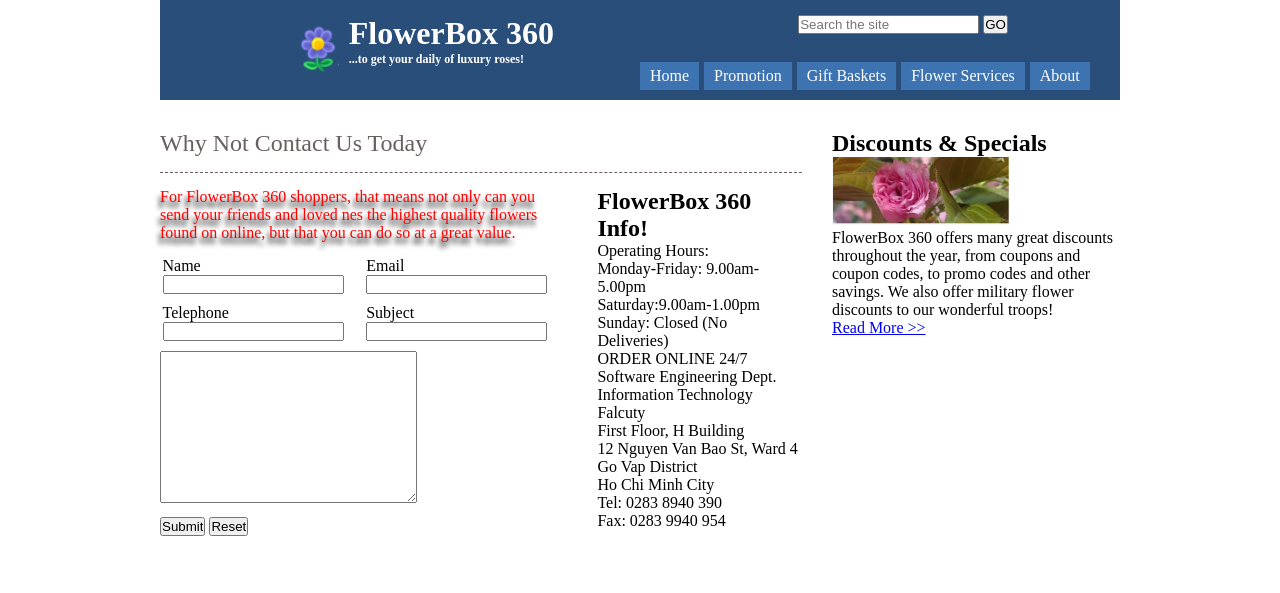
Repository: hoangnguyen1903/STT_21084321_NguyenHuyHoang_DHKHMT17B_Tuan4_DeThamKhao3
Page: html/demo.html
These files come from the project's save history. The page is drawn as it stood at one moment and after the next save; the edit follows.
The browser window is 1280 px wide. The pictures show the whole page.

Above is the page before, as saved 2023-03-09 15:00:02.

### html/demo.html
<!DOCTYPE html>
<html lang="en">
  <head>
    <meta charset="UTF-8" />
    <meta http-equiv="X-UA-Compatible" content="IE=edge" />
    <meta name="viewport" content="width=device-width, initial-scale=1.0" />
    <title>Demo 3</title>
    <style>
      * {
        padding: 0;
        box-sizing: border-box;
        margin: 0 auto;
      }

      .wrapper {
        width: 960px;
        height: 100%;
      }

      .header {
        width: 960px;
        height: 100px;
        background-color: #294e79;
        color: #fff;
        display: flex;
        position: relative;
      }

      .header > .header__left {
        display: flex;
        padding: 15px 20px;
      }

      .header > .header__left > img {
        padding-right: 10px;
      }

      .header > .header__left > div > h2 {
        font-size: 12px;
      }

      .header > .header__right {
        padding-top: 15px;
      }

      .header > .header__bottom {
        position: absolute;
        bottom: 10px;
        left: 50%;
        display: flex;
      }

      .header > .header__bottom > li {
        list-style: none;
        margin-right: 5px;
        background-color: #3d73b1;
        padding: 5px 10px;
      }

      .header > .header__bottom > li:hover {
        background-color: #fff;
      }

      .header > .header__bottom > li:hover > a {
        color: #000;
      }

      .header > .header__bottom > li > a {
        text-decoration: none;
        color: white;
      }

      .content {
        width: 960px;
        display: flex;
        margin-top: 30px;
      }

      .content > .content__left {
        width: calc(70% - 30px);
        margin-right: 30px;
      }

      .content > .content__left > .content__left-top {
        color: #685f5f;
        font-weight: 500;
        padding-bottom: 15px;
        border-bottom: 1px dashed #685f5f;
        margin-bottom: 15px;
      }

      .content > .content__left > .content__left-bottom {
        display: flex;
      }

      .content > .content__left > .content__left-bottom > .content__left-form {
        width: calc(70% - 30px);
        margin-right: 30px;
      }

      .content
        > .content__left
        > .content__left-bottom
        > .content__left-form
        > p {
        color: red;
        text-shadow: -2px 6px 5px #000;
        margin-bottom: 15px;
      }

      .content
        > .content__left
        > .content__left-bottom
        > .content__left-form
        > form {
        display: flex;
        flex-wrap: wrap;
      }

      .content
        > .content__left
        > .content__left-bottom
        > .content__left-form
        > form
        > div {
        width: calc(50% - 5px);
        margin-bottom: 10px;
      }

      .content
        > .content__left
        > .content__left-bottom
        > .content__left-form
        > form
        > div:nth-child(5) {
        width: 100%;
        margin-bottom: 10px;
      }

      .content
        > .content__left
        > .content__left-bottom
        > .content__left-form
        > form
        > div:nth-child(6) {
        width: 100%;
        margin-bottom: 10px;
      }

      .content > .content__right {
        width: 30%;
      }
    </style>
  </head>
  <body>
    <div class="wrapper">
      <div class="header">
        <div class="header__left">
          <img src="../img/AnhLogo.PNG" alt="Logo" class="logo" />
          <div>
            <h1>FlowerBox 360</h1>
            <h2>...to get your daily of luxury roses!</h2>
          </div>
        </div>
        <ul class="header__bottom">
          <li><a href="#">Home</a></li>
          <li><a href="#">Promotion</a></li>
          <li><a href="#">Gift Baskets</a></li>
          <li><a href="#">Flower Services</a></li>
          <li><a href="#">About</a></li>
        </ul>
        <div class="header__right">
          <input
            type="text"
            name="txt"
            id="txt"
            placeholder="Search the site"
          />
          <input type="button" value="GO" />
        </div>
      </div>
      <div class="content">
        <div class="content__left">
          <h2 class="content__left-top">Why Not Contact Us Today</h2>
          <div class="content__left-bottom">
            <div class="content__left-form">
              <p>
                For FlowerBox 360 shoppers, that means not only can you send
                your friends and loved nes the highest quality flowers found on
                online, but that you can do so at a great value.
              </p>
              <form action="">
                <div>
                  <label for="name">Name</label>
                  <input type="text" name="name" id="name" />
                </div>
                <div>
                  <label for="email">Email</label>
                  <input type="email" name="email" id="email" />
                </div>
                <div>
                  <label for="telephone">Telephone</label>
                  <input type="number" name="telephone" id="telephone" />
                </div>
                <div>
                  <label for="subject">Subject</label>
                  <input type="text" name="subject" id="subject" />
                </div>
                <div>
                  <!-- <label for="message">Message</label> -->
                  <textarea
                    name="message"
                    id="message"
                    cols="30"
                    rows="10"
                  ></textarea>
                </div>
                <div>
                  <input type="submit" value="Submit" />
                  <input type="reset" value="Reset" />
                </div>
              </form>
            </div>
            <div class="content__left-info">
              <h2 class="content__left-heading">FlowerBox 360 Info!</h2>
              <div>
                <p>Operating Hours:</p>
                <p>Monday-Friday: 9.00am-5.00pm</p>
                <p>Saturday:9.00am-1.00pm</p>
                <p>Sunday: Closed (No Deliveries)</p>
                <p>ORDER ONLINE 24/7</p>
              </div>
              <div>
                <p>Software Engineering Dept.</p>
                <p>Information Technology Falcuty</p>
                <p>First Floor, H Building</p>
              </div>
              <div>
                <p>12 Nguyen Van Bao St, Ward 4</p>
                <p>Go Vap District</p>
                <p>Ho Chi Minh City</p>
                <p>Tel: 0283 8940 390</p>
                <p>Fax: 0283 9940 954</p>
              </div>
            </div>
          </div>
        </div>
        <div class="content__right">
          <h2 class="content__right-top">Discounts & Specials</h2>
          <div class="content__right-bottom">
            <img src="../img/flower.PNG" alt="Flower" />
            <p>
              FlowerBox 360 offers many great discounts throughout the year,
              from coupons and coupon codes, to promo codes and other savings.
              We also offer military flower discounts to our wonderful troops!
            </p>
            <a href="#">Read More >></a>
          </div>
        </div>
      </div>
      <div class="footer"></div>
    </div>
  </body>
</html>

After the next save:
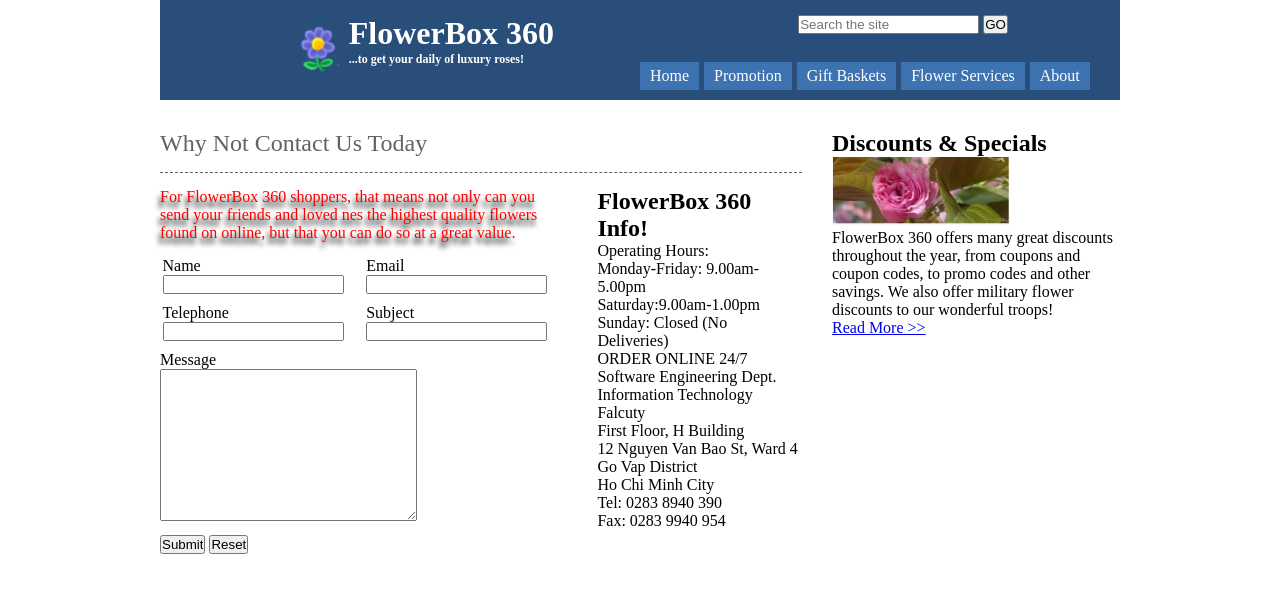
Saved 13 s later.
--- a/html/demo.html
+++ b/html/demo.html
@@ -207,13 +207,15 @@
                   <input type="text" name="subject" id="subject" />
                 </div>
                 <div>
-                  <!-- <label for="message">Message</label> -->
-                  <textarea
-                    name="message"
-                    id="message"
-                    cols="30"
-                    rows="10"
-                  ></textarea>
+                  <label for="message">Message</label>
+                  <div>
+                    <textarea
+                      name="message"
+                      id="message"
+                      cols="30"
+                      rows="10"
+                    ></textarea>
+                  </div>
                 </div>
                 <div>
                   <input type="submit" value="Submit" />
